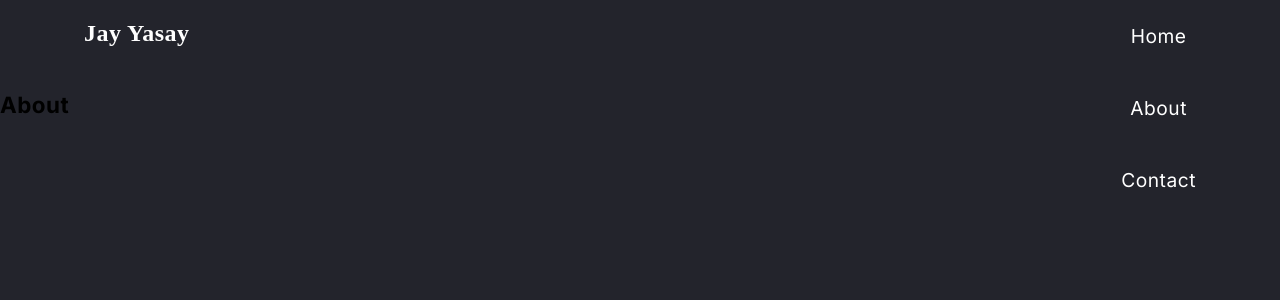
Repository: jayyasay/portfolio
Page: /about
The author's editor kept a copy of each file at every save. The page is drawn from the files as they stood at one save, then again after the next save.
The browser window is 1280 px wide. The pictures show the whole page.
Some web fonts or font styles are not loaded; a fallback is used. The project was rebuilt for these pictures with package versions that can differ from the ones it lists, and the page was loaded fresh each time. Also part of the build but not shown: src/App.css, src/pages/Home.js.

Above is the page before, as saved 2023-09-19 17:15:47.

After the next save:
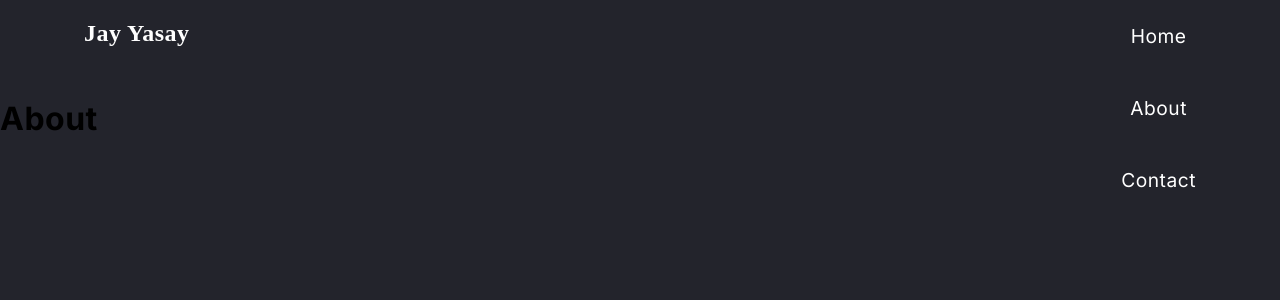
Saved 13 s later.
--- a/src/index.css
+++ b/src/index.css
@@ -23,7 +23,7 @@
 }
 
 h2 {
-  font-size: 1.4rem;
+  font-size: 2rem;
 }
 
 p,a  {
